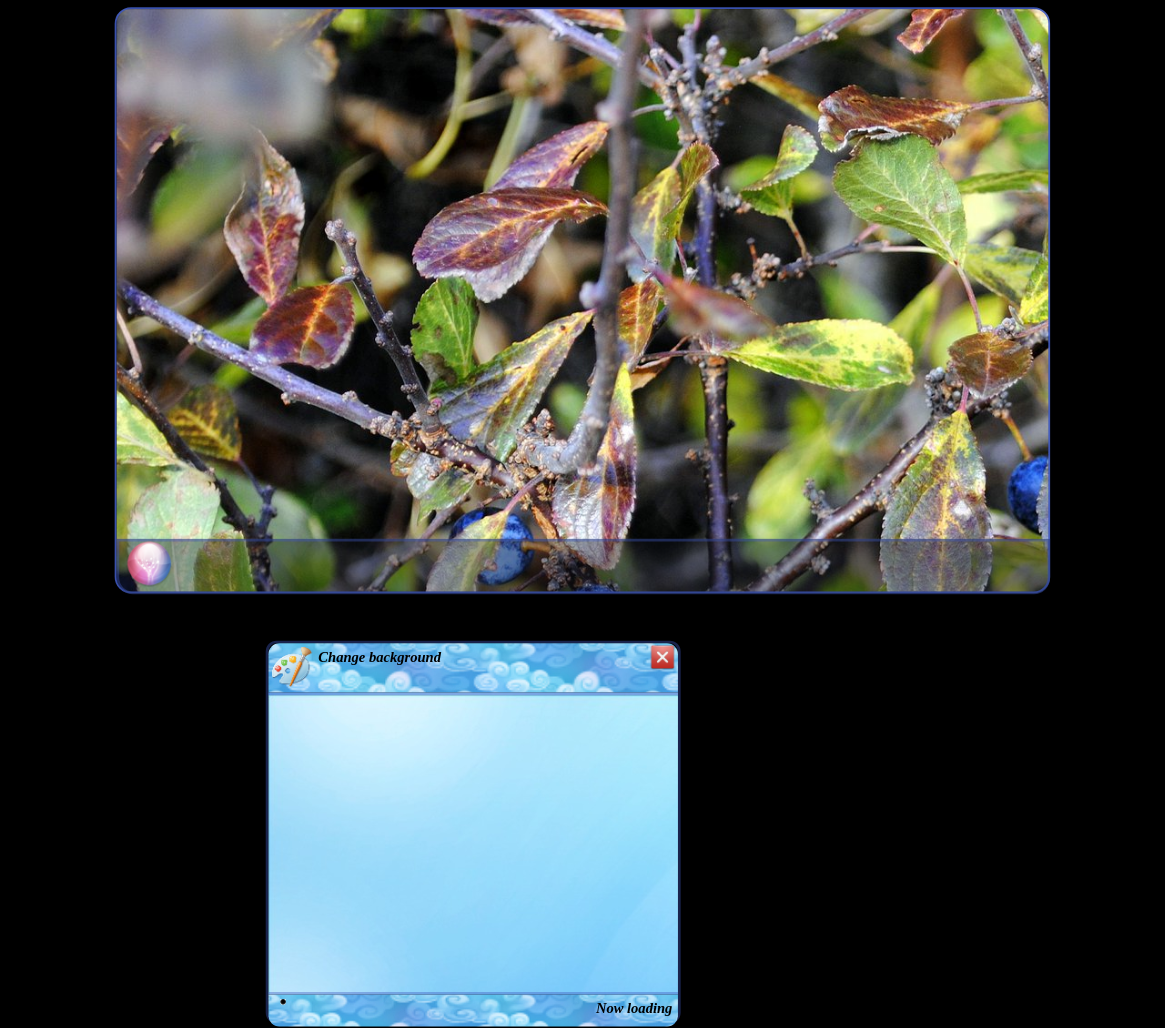
Repository: js223mx/js223mx-1dv403-laborationer
Page: 5-pwd/index.html
The author's editor kept a record of every edit. The page is drawn from the files as they stood at one moment, then again after the next edit.
The browser window is 1280 px wide. The pictures show the whole page, at 91% of full size.
After loading, the first visible `#click` was clicked once.

Above is the page before.
Console error: ReferenceError: AjaxCon is not defined

### 5-pwd/index.html
<!DOCTYPE html>
<html lang="sv">
	<head>
	    <meta charset="utf-8" />
		<title>Projektuppgift</title>
		<link rel="stylesheet" href="css/style.css"/>
		<script src="js/main.js"></script>
	</head>
	<body>
		<main id=Mymain>
		<footer id="Myfooter">
			<div class = "button">
			<a id="click" href="#"><img src="css/menuicon.png" /></a>
			</div>
		</footer>
		</main>
	</body>
</html>

### 5-pwd/css/style.css
html{
  height: 100%;
}
body{
    background-color: black;
}
#Mymain{
    display: block;
    width: 1024px;
    height: 640px;
    border: 2px solid hsla(228,50%,50%,0.9);
    border-top-style: solid;
    border-right-style: solid;
    border-left-style: solid;
    border-top-right-radius: 18px;
    border-top-left-radius: 18px;
    border-bottom-right-radius: 18px;
    border-bottom-left-radius: 18px;
    background-image:url('slanbar.jpg');
    background-repeat: no-repeat;
    margin-right:auto;
    margin-left: auto;

}
#Myfooter{
    width:1020px;
    height:55px;
    margin-left:auto;
    margin-right: auto;
    margin-top: 582px;
    border: solid hsla(228,50%,50%,0.4);
    background-color:hsla(228,25%,10%,0.4);

    border-bottom-left-radius: 18px;
    border-bottom-right-radius: 18px;
    bottom:0;
    left:0;
}
.button {
    float:left;
    display:block;
    height:inherit;
    margin-left:5px;
    -webkit-transition:-webkit-tranform.2s ease-in-out;

}
 .button:hover {
        -webkit-transform:scale(1.2);
    }
#click{
    margin-top: 3px;
    margin-left:3px;
   -webkit-transition:-webkit-tranform.2s ease-in-out;
}
#click:hover{

    -webkit-transform: scale(1.2);
    -ms-transform: scale(1.2);
    -moz-transform: scale(1.2);
    -o-transform: scale(1.2);
    transform: scale(1.2);

 }
#imgFolder{
    display:block;
    position:relative;
    height:415px;
    width:450px;
    border: solid hsla(228,50%,50%,0.4);
    border-radius:12px;
    left:16%;
    top:8%;

 }
 #topDiv {
     display:block;
     height:54px;
     background-image:url('clouds.jpg');
     border-top-left-radius:12px;
     border-top-right-radius:12px;
 }
 .topImage {
     float:left;
     display:block;
     padding:2px;
 }

 .closeWindow {
     float:right;
     display:block;
     margin-right:2px;
     -webkit-transition: -webkit-transform .2s ease-in-out;
 }

 .closeWindow:hover {
     -webkit-transform: scale(0.8);
}
#picContainer {
    display:block;
    border-top:solid hsla(228,50%,50%,0.4);
    border-bottom:solid hsla(228,50%,50%,0.4);
    background-image:url('contback.jpg');
    float:left;
    width:450px;
    height:326px;
    overflow:auto;
    overflow-x:hidden;

}
#botDiv {
    display:block;
    float:left;
    width:inherit;
    height:35px;
    background-image:url('clouds.jpg');
    border-bottom-left-radius: 12px;
    border-bottom-right-radius: 12px;
}
#botDiv img {
    padding: 5px;
}

#folderText {
    float:left;
    padding:3px;
    margin-top:3px;
    font-style: oblique;
    font-weight: bold;

}
#botText {
    float:right;
    padding:3px;
    margin-right:3px;
    margin-top:3px;
    font-style: oblique;
    font-weight: bold;

}

figure {
    display: block;
    float:left;
    text-align:center;
    margin:10px;
    padding: 6px;
    background-color: #c4c4c4;
    border-radius:9px;
    -webkit-transition: webkit-transform .2s ease-in-out;
}

figure a {
    display:block;

}

figure:hover {
    -webkit-transform:scale(1.2);
}

#imgHolder {
    display:block;
    background-color:#cbcee6;
}

### 5-pwd/js/main.js
"use strict";

 var desktop = {

     init: function (){
         var menuIcon = document.getElementById("click");

         //Gör menuiconen till en knapp
         menuIcon.onclick = function(){
             var myMain = document.getElementById("Mymain");

             //Kollar ifall det redan finns ett fönster och förhindrar att fler öppnas.
             if (myMain.firstElementchild){
                 return false;
             }

             var imageFolder = document.createElement("div");
             imageFolder.id="imgFolder";


             var topDiv = document.createElement("div");
             topDiv.id ="topDiv";

             var topImage = document.createElement("img");
             topImage.className = "topImage";
             topImage.setAttribute("src", "css/topPic.png");

             var folderText = document.createElement("span");
             folderText.id = "folderText";
             folderText.appendChild(document.createTextNode("Change background"));

             var closeWindow = document.createElement("a");
             closeWindow.className = "closeWindow";
             closeWindow.setAttribute("href", "#");

             //Knappen som gör att dun kan stänga fönstret.
             closeWindow.onclick = function () {
             myMain.removeChild(imageFolder);
             }

             var closeImage = document.createElement("img");
             closeImage.setAttribute("src","css/close.png");

             var picContainer = document.createElement("div");
             picContainer.id = "picContainer";

             var botDiv = document.createElement("div");
             botDiv.id = "botDiv";

             var botText = document.createElement("span");
             botText.id = "botText";
             botText.appendChild(document.createTextNode("Now loading"));

             var loading = document.createElement("img");
             loading.setAttribute("src", "css/loading.GIF");

             myMain.appendChild(imageFolder);
             imageFolder.appendChild(topDiv);
             topDiv.appendChild(topImage);
             topDiv.appendChild(folderText);
             topDiv.appendChild(closeWindow);
             closeWindow.appendChild(closeImage);
             imageFolder.appendChild(picContainer);
             imageFolder.appendChild(botDiv);
             botDiv.appendChild(botText);
             botDiv.appendChild(loading);

             var url = "http://homepage.lnu.se/staff/tstjo/labbyServer/imgviewer/";

              new AjaxCon(url,function (data){

               //Tar bort loading iconen när anropet är klart.
               botDiv.removeChild(loading);
               botDiv.removeChild(botText);

               var thumbImages = JSON.parse (data);

               //kollar vilket tummnagelbild som är störst.
               var imgSize = desktop.imageSize(thumbImages);

               //Kör igenom alla objekt i JSON och skapar en plats för varje bild i rutan
               for( var i = 0; i < thumbImages.length; i+=1) {

                   var thumbImageContainer = document.createElement("figure");

                   var imageClick = document.createElement("a");
                   imageClick.setAttribute("href", "#");

                   //Ser till så att bakgrund byts när a-taggen klickas på.
                   desktop.changeBackground(thumbImages[i].URL,imageClick);

                   var image = document.createElement("img");

                   image.setAttribute("src", thumbImages[i].thumbURL);

                   thumbImageContainer.style.height = imgSize.height + "px";
                   thumbImageContainer.style.width = imgSize.width + "px";

                   picContainer.appendChild(thumbImageContainer);
                   thumbImageContainer.appendChild(imageClick);
                   imageClick.appendChild(image);

             }
         });
     };
 },

 changeBackground: function (image, ID) {

   ID.onclick = function (){
    document.getElementById("Mymain").style.background = "url('" + image + "') repeat";
   };
 },

  imageSize: function(thumbImages) {

   var height = 0;
   var width = 0;

   for (var x in thumbImages) {

    if (thumbImages[x].thumbHeight > height){

      height = thumbImages[x].thumbHeight;
    }

    if (thumbImages[x].thumbWidth > width){

     width = thumbImages[x].thumbWidth;
     }

  }
   return {
           height: height,
          width: width,
   };

 }
};



 window.onload = desktop.init;

After the next edit:
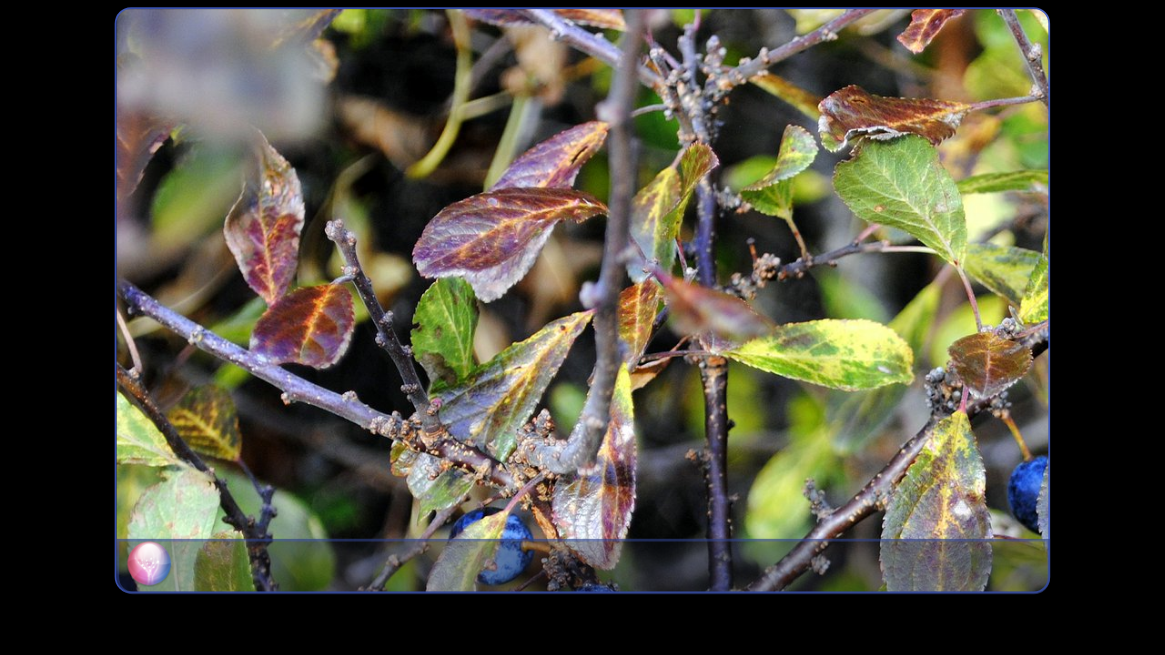
Console error: TypeError: Cannot read properties of null (reading 'firstElementchild')
The edit:
--- a/5-pwd/js/main.js
+++ b/5-pwd/js/main.js
@@ -7,7 +7,7 @@
 
          //Gör menuiconen till en knapp
          menuIcon.onclick = function(){
-             var myMain = document.getElementById("Mymain");
+             var myMain = document.getElementById("deskdiv");
 
              //Kollar ifall det redan finns ett fönster och förhindrar att fler öppnas.
              if (myMain.firstElementchild){
